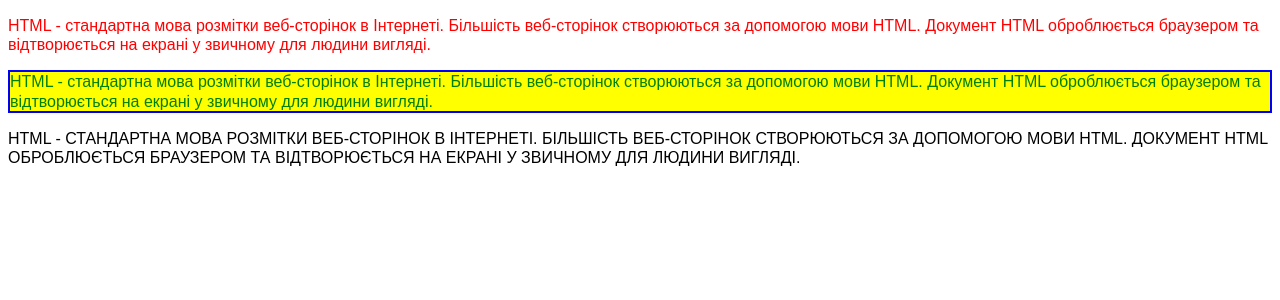
Repository: vlad-zeus/IT20
Page: 01_HTML/g2_gorodetsky_vladislav_dz_01/index03 copy.html
The author's editor kept a copy of each file at every save. The page is drawn from the files as they stood at one save, then again after the next save.
The browser window is 1280 px wide. The pictures show the whole page.

Above is the page before, as saved 2021-10-25 13:20:09.

### 01_HTML/g2_gorodetsky_vladislav_dz_01/index03 copy.html
<!DOCTYPE html>
<html>
  <head>
    <meta charset="UTF-8" />
    <title>Вивчаємо CSS</title>
    <style>
      body {
        font-family: Arial;
        font-size: 16px;
        line-height: 1.2em;
      }
      .paragraf1 {
        color: red;
      }
      .paragraf2 {
        border-width: 2px;
        border-style: solid;
        border-color: blue;
        background-color: yellow;
        color: green;
        /* додайте стилі тут */
      }
      .paragraf3 {
        text-transform: uppercase;
        font-style: ;
      }
    </style>
  </head>

  <body>
    <!-- Відформатуйте текст, наведений нижче-->

    <p class="paragraf1">
      HTML - стандартна мова розмітки веб-сторінок в Інтернеті. Більшість
      веб-сторінок створюються за допомогою мови HTML. Документ HTML
      оброблюється браузером та відтворюється на екрані у звичному для людини
      вигляді.
    </p>

    <p class="paragraf2">
      HTML - стандартна мова розмітки веб-сторінок в Інтернеті. Більшість
      веб-сторінок створюються за допомогою мови HTML. Документ HTML
      оброблюється браузером та відтворюється на екрані у звичному для людини
      вигляді.
    </p>

    <p class="paragraf3">
      HTML - стандартна мова розмітки веб-сторінок в Інтернеті. Більшість
      веб-сторінок створюються за допомогою мови HTML. Документ HTML
      оброблюється браузером та відтворюється на екрані у звичному для людини
      вигляді.
    </p>
  </body>
</html>

After the next save:
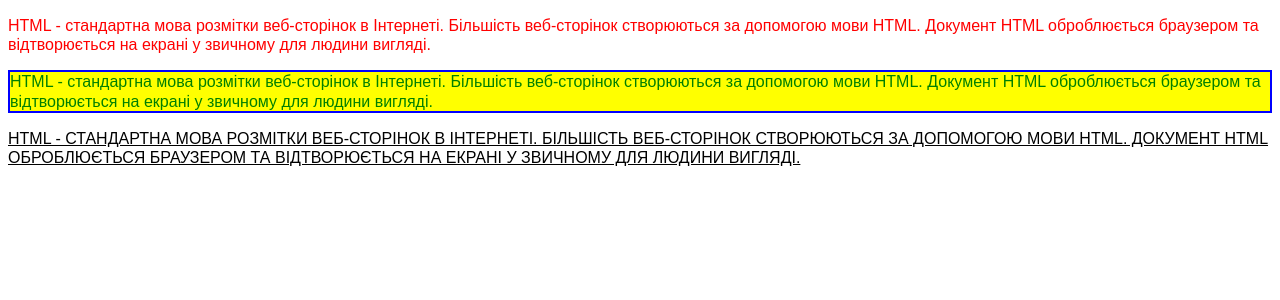
Saved 42 s later.
--- a/01_HTML/g2_gorodetsky_vladislav_dz_01/index03 copy.html
+++ b/01_HTML/g2_gorodetsky_vladislav_dz_01/index03 copy.html
@@ -22,7 +22,7 @@
       }
       .paragraf3 {
         text-transform: uppercase;
-        font-style: ;
+        text-decoration: underline;
       }
     </style>
   </head>
